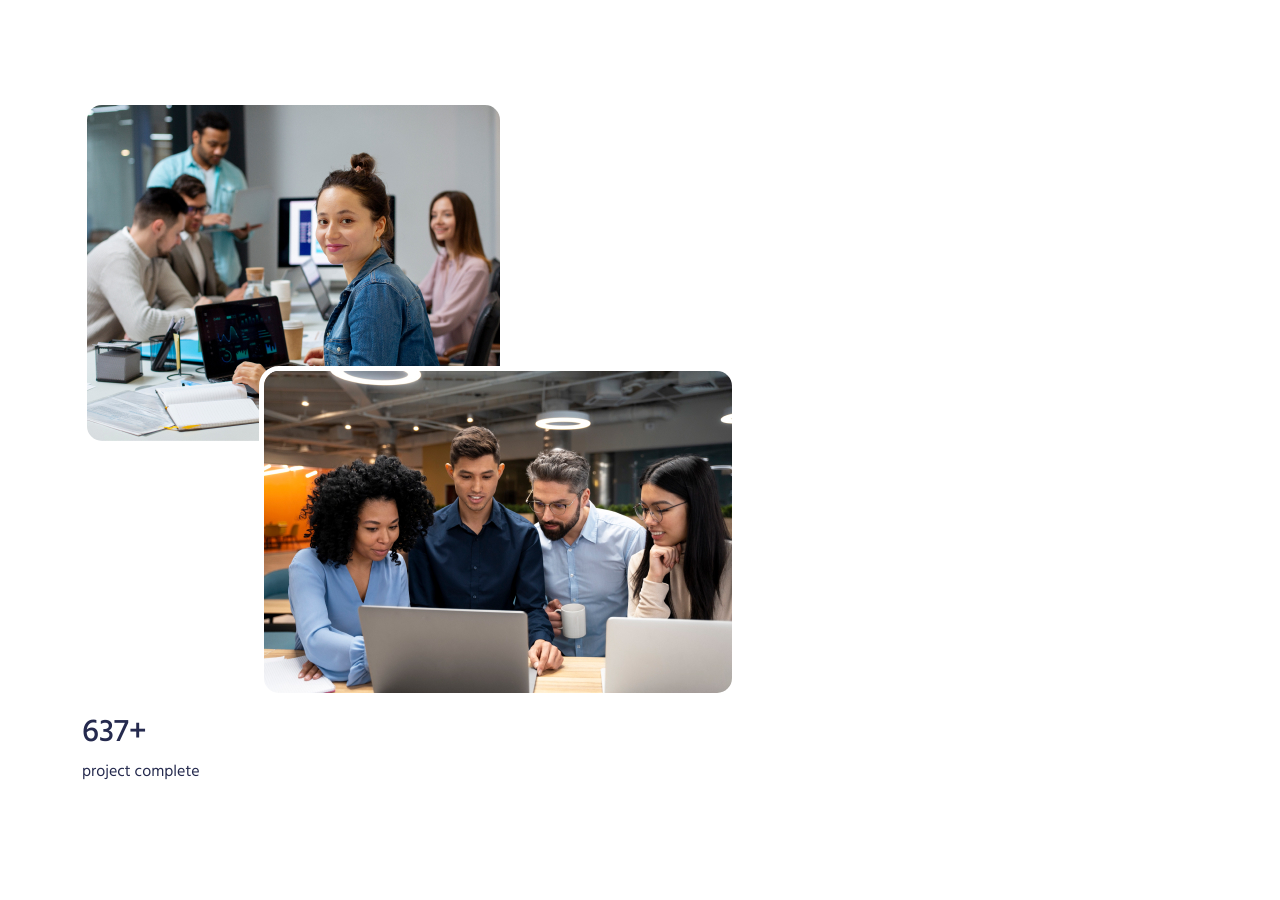
Repository: tagnam/mirehel2.0
Page: about.html
The author's editor kept a copy of each file at every save. The page is drawn from the files as they stood at one save, then again after a run of saves.
The browser window is 1280 px wide. The pictures show the whole page.

Above is the page before, as saved 2025-02-03 11:58:33.

### about.html
<!DOCTYPE html>
<html lang="en">
<head>
    <meta charset="UTF-8">
    <meta name="viewport" content="width=device-width, initial-scale=1.0">
    <title>about</title>
    <link href="https://cdn.jsdelivr.net/npm/bootstrap@5.0.2/dist/css/bootstrap.min.css" rel="stylesheet" integrity="sha384-EVSTQN3/azprG1Anm3QDgpJLIm9Nao0Yz1ztcQTwFspd3yD65VohhpuuCOmLASjC" crossorigin="anonymous">
    <link rel="stylesheet" href="style/css/animation.css">
    <link rel="stylesheet" href="style/css/style.css">
    <link rel="stylesheet" href="style/css/animation.css">
</head>
<body>
<!--======================================== about section ==================================== -->


<section>
    <div class="container">
        <div class="row">
            <div class="col-lg-6">
                <div class="about-left">
                    <figure class="about-img-container">
                        <img class="about-img-001 A-image01" src="images/about-img-1.jpg" alt="">
                        <img class="about-img-001 A-image02" src="images/about-img-2.jpg" alt="">
                    </figure>
                    <div class="project-counter">
                        <div class="project-counter">
                            <h2>637+</h2>
                            <p> project complete </p>
                        </div>

                    </div>

                </div>
            </div>
            <div class="col-lg-6"></div>
        </div>
    </div>
</section>

<!--======================================== end about section ==================================== -->












    <script src="https://cdn.jsdelivr.net/npm/bootstrap@5.0.2/dist/js/bootstrap.bundle.min.js" integrity="sha384-MrcW6ZMFYlzcLA8Nl+NtUVF0sA7MsXsP1UyJoMp4YLEuNSfAP+JcXn/tWtIaxVXM" crossorigin="anonymous"></script>
    <script src="https://cdn.jsdelivr.net/npm/@popperjs/core@2.9.2/dist/umd/popper.min.js" integrity="sha384-IQsoLXl5PILFhosVNubq5LC7Qb9DXgDA9i+tQ8Zj3iwWAwPtgFTxbJ8NT4GN1R8p" crossorigin="anonymous"></script>
    <script src="https://cdn.jsdelivr.net/npm/bootstrap@5.0.2/dist/js/bootstrap.min.js" integrity="sha384-cVKIPhGWiC2Al4u+LWgxfKTRIcfu0JTxR+EQDz/bgldoEyl4H0zUF0QKbrJ0EcQF" crossorigin="anonymous"></script>
</body>
</html>

### style/css/style.css

@import url('https://fonts.googleapis.com/css2?family=Hind:wght@300;400;500;600;700&family=Inter:ital,opsz,wght@0,14..32,100..900;1,14..32,100..900&family=Open+Sans:ital,wght@0,300..800;1,300..800&family=Oswald:wght@200..700&family=Poppins:ital,wght@0,100;0,200;0,300;0,400;0,500;0,600;0,700;0,800;0,900;1,100;1,200;1,300;1,400;1,500;1,600;1,700;1,800;1,900&family=Raleway:ital,wght@0,100..900;1,100..900&family=Roboto:ital,wght@0,100;0,300;0,400;0,500;0,700;0,900;1,100;1,300;1,400;1,500;1,700;1,900&family=Urbanist:ital,wght@0,100..900;1,100..900&display=swap');
@import url("https://cdn.jsdelivr.net/npm/bootstrap-icons@1.11.3/font/bootstrap-icons.min.css");
*{
    margin: 0;
    padding: 0;
    box-sizing: border-box;
}

:root{
    --primary-color: #252A4E;
    --secondary-color: #a249ed;

}

body{
    font-family: "Hind", serif;

    color:#252A4E;
}

section{
    padding: 100px 0;
}

.row-container{
    margin-top: 50px;
}
.banner-section{
    background-image: url(/images/banner-bg.webp);
    background-size: cover;
    background-position: center;
    /* background-attachment: fixed; */
    /* height: 100vh; */
    position: relative;
    margin: 15px;
    padding: 8px;
}
.section-btn{
    height: 100%;
    display: flex
;
    justify-content: flex-end;
    align-items: flex-end;
}

.title{
    font-size: 55px;
    font-weight: 800;
    line-height: 1;
}

.banner-img{
    position: relative;
    bottom: -89px;
}
.banner-content{
    margin-top: 100px;
    padding-right: 100px;
}

.banner-title{
    font-size: 70px;
    font-weight: 800;
    line-height: 1;
}

.banner-text{
    font-size: 20px;
    font-weight: 400;
    line-height: 1.5;
    margin-top: 20px;
    color:#515670;
}

.banner-title span{
    color: var(--secondary-color);
}
.sub-heading{
    position: relative;
    display: inline-block;
    font-size: 16px;
    letter-spacing: 0.32px;
    line-height: 26px;
    font-weight: 400;
    font-family: var(--galada);
    text-transform: uppercase;
    background: linear-gradient(90deg, #FFA835 -3.85%, #FA3DCC 97.3%, #FA3AD0 100%);
    background-clip: text;
    -webkit-background-clip: text;
    -webkit-text-fill-color: transparent;

    margin-bottom: 12px;
}




.banner-icon{
    width: 100%;
    background: linear-gradient(90deg, #9255CE -2.17%, #BE60FF 100%);
    box-shadow: 0px 0px 20px 0px rgba(0, 0, 0, 0.08);
    border-radius: 30px 45px 30px 30px;
    position: relative;
    padding: 20px;
    top: 28px;
    right: -13px;
}

.banner-icon h2{
    font-size: 45px;
    font-weight: 800;
    /* line-height: 1.5; */
    color: #fff;
    /* margin-bottom: 20px; */
    text-align: start;
    margin: unset;
    line-height: 38px;
    padding: 10px;
}

.banner-icon h4{
    font-size: 27px;
    font-weight: 600;
    line-height: 1.5;
    color: #fff;
    /* margin-top: 20px; */
    text-align: start;
    text-transform: uppercase;
}


.marquee-content{
    background: linear-gradient(90deg, #70DBFF 0%, #DD98FF 100%);
    border-radius: 0 0 35px 30px;
    overflow: hidden;
    padding: 23px 45px;
    width: 100%;
    position: absolute;
    left: 9px;
    bottom: -12px;
    display: flex;
    justify-content: space-between;
    align-items: center;
}


/* <!--===================================== about section end ========================================--> */
.about-right-container{
    padding-left: 50px;
}
.about-text p{
    font-size: 18px;
    line-height: 1.5;
    color: #515670;
    margin-top: 20px;
}

.about-img{
    position: relative;
    transform: translate(30px, 30px);
    width: 100%;
}

.about-figure{
    position: relative;
  background-color: aqua;
  padding: 20px;
}


.about-list{

    list-style: none;
    padding: unset;
}

.about-list li{
    display: flex;
    align-items: center;
    margin-bottom: 20px;
    justify-content: space-between;
}

.about-icon{

    display: flex;
    justify-content: center;
    align-items: center;
    background-color:var(--secondary-color);
    width: 78px;
    height: 84px;
    background: linear-gradient(90deg, #5A1CCB -2.17%, #815EDC 100%);
    border-radius: 50px 6px 6px 6px;
}

.about-icon .bi{
    font-size: 45px;
    color: #fff;
    display: flex;
    justify-content: center;
    align-items: center;
}


.about-list-title{
    font-size: 27px;
    line-height: 1.16;
    margin-bottom: 4px;
    font-weight: 600;
}

.about-list-text p{
    font-size: 16px;
    line-height: 1.5;
    color: #515670;
    margin: unset;
}
/* <!--===================================== about section end ========================================--> */




/* <!--===================================== service section start ========================================--> */

.service-index {
    width: 100%;
    display: flex;
    justify-content: center;
    align-items: center;
}

.service-index h2{
    position: relative;
    display: inline-block;

    letter-spacing: 0.32px;
margin: unset;
    font-weight: 600;
    font-family: var(--galada);
    text-transform: uppercase;
    background: linear-gradient(90deg, #FFA835 -3.85%, #FA3DCC 97.3%, #FA3AD0 100%);
    background-clip: text;
    -webkit-background-clip: text;
    -webkit-text-fill-color: transparent;

}

.service-title h3{
    font-size: 40px;
    font-weight: 800;
    line-height: 1;
    color: #252A4E;
    margin-bottom: 20px;
}

.service-row{
    border-bottom: 2px solid red;
    margin-bottom: 30px;
}

.service-icon{
    display: flex;
    justify-content: center;
}

.service-icon .bi{
    font-size: 45px;
    color:red;
    display: flex;
    justify-content: center;
    align-items: center;
}
/* <!--===================================== service section end ========================================--> */




/* <!--===================================== project section start========================================--> */




/* <!--===================================== project section start========================================--> */





/* <!--===================================== testimonial section start========================================--> */


.testimonial-card{
    background: linear-gradient(90deg, #70DBFF 0%, #DD98FF 100%);
    padding: 0px 20px;
    border-radius: 20px;
}


.testimonial-img{
    height: 58px;
    width: 58px;
    background: red;
    border-radius: 64%;
    border: 2px solid;
}

.testimonial-top{
    padding-bottom: 20px;
    border-bottom: 1px solid #fff;

}


.testimonial-bottom h2{
    font-size: 65px;
    font-weight: 600;
    line-height: 1.5;
    color: #fff;
    margin-top: 20px;
    text-align: start;
    text-transform: uppercase;
}

.testimonial-bottom p{
    font-size: 20px;
    line-height: 1.5;
    color: #fff;
    margin: unset;
}

  .testimonial .testimonial-content {
    margin: 10px 10px 0;
    /* background: #efefef; */
    padding: 0px 60px;
    position: relative;
    border: none;
    border-radius: 8px;
    font-style: italic;
    font-size: 25px;
    border: 2px solid;
    border-radius: 20px;
  }

  .testimonial .testimonial-content:before,
  .testimonial .testimonial-content:after {
    content: "\201C";
    position: absolute;
    font-size: 80px;
    line-height: 1;
    color: #757f9a;
    font-style: normal;
  }

  .testimonial .testimonial-content:before {
    top: 0;
    left: 10px;
  }

  .testimonial .testimonial-content:after {
    content: "\201D";
    right: 10px;
    bottom: -0.5em;
  }

.testimonial-start{
    display: flex    ;
        justify-content: left;
        align-items: center;
        margin: 20px 0px;
}

.testimonial-start .bi{
    margin: 0px 5px;
    font-size: 20px;
}
/* <!--===================================== testimonial section start========================================--> */

/* <!--===================================== project section start========================================--> */
.project-img{
    height: 550px;
}

.project-card .project-img {
    transition: 1ms ease-in-out;
}

.project-card:hover .project-img{
    transform: scaleX(1) scaleY(1) scaleZ(0.1) rotateX(15deg) rotateY(0deg) rotateZ(0deg) translateX(0px) translateY(0px) translateZ(0px) skewX(0deg) skewY(0deg);
}

.project-content{
    margin-top: -100px;
    z-index: 1;
}
/* <!--===================================== project section end========================================--> */



/* <!--===================================== choice section start========================================--> */

.choice-container{
    position: relative;
    padding: 10px;
    background-color: transparent;
height: 400px;
border: 15px solid transparent;
  /* border-image:linear-gradient(180deg, red 0%, #00000000 90.04%); */
  /* border-image:linear-gradient(180deg, #00000000  0%, red 90.04%); */
  border-image-slice: 1;
border-radius: 20px;
background: linear-gradient(white, white) padding-box,
linear-gradient(180deg, red 0%, #00000000 90.04%) border-box;
}

/* <!--===================================== choice section end========================================--> */


















/* ----------------------------new about  */

.about-img-container{
    position: relative;
}
.about-img-001{
    border-radius: 20px;
    border: 5px solid #fff;
}

.A-image01{

}

.A-image02{
    margin-top: -80px;
    margin-left: 177px;
}

Loaded but not shown: style/css/animation.css (no stored copy; drawn as an empty file)

After the next 3 saves:
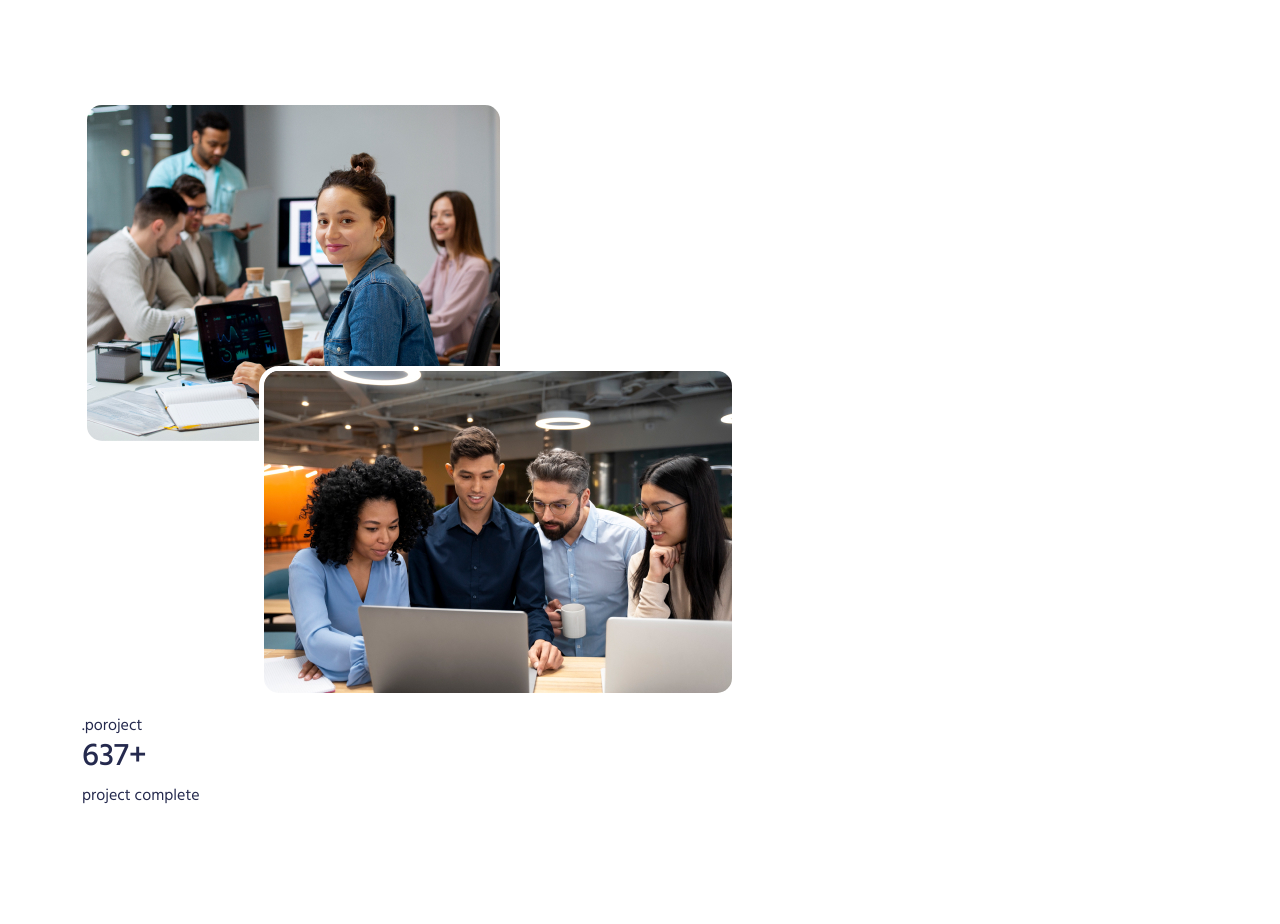
The 3 saves are shown as one change because they came seconds apart.
The last was saved 18 s later.
--- a/about.html
+++ b/about.html
@@ -23,7 +23,8 @@
                         <img class="about-img-001 A-image02" src="images/about-img-2.jpg" alt="">
                     </figure>
                     <div class="project-counter">
-                        <div class="project-counter">
+                        .poroject
+                        <div class="project-number">
                             <h2>637+</h2>
                             <p> project complete </p>
                         </div>
